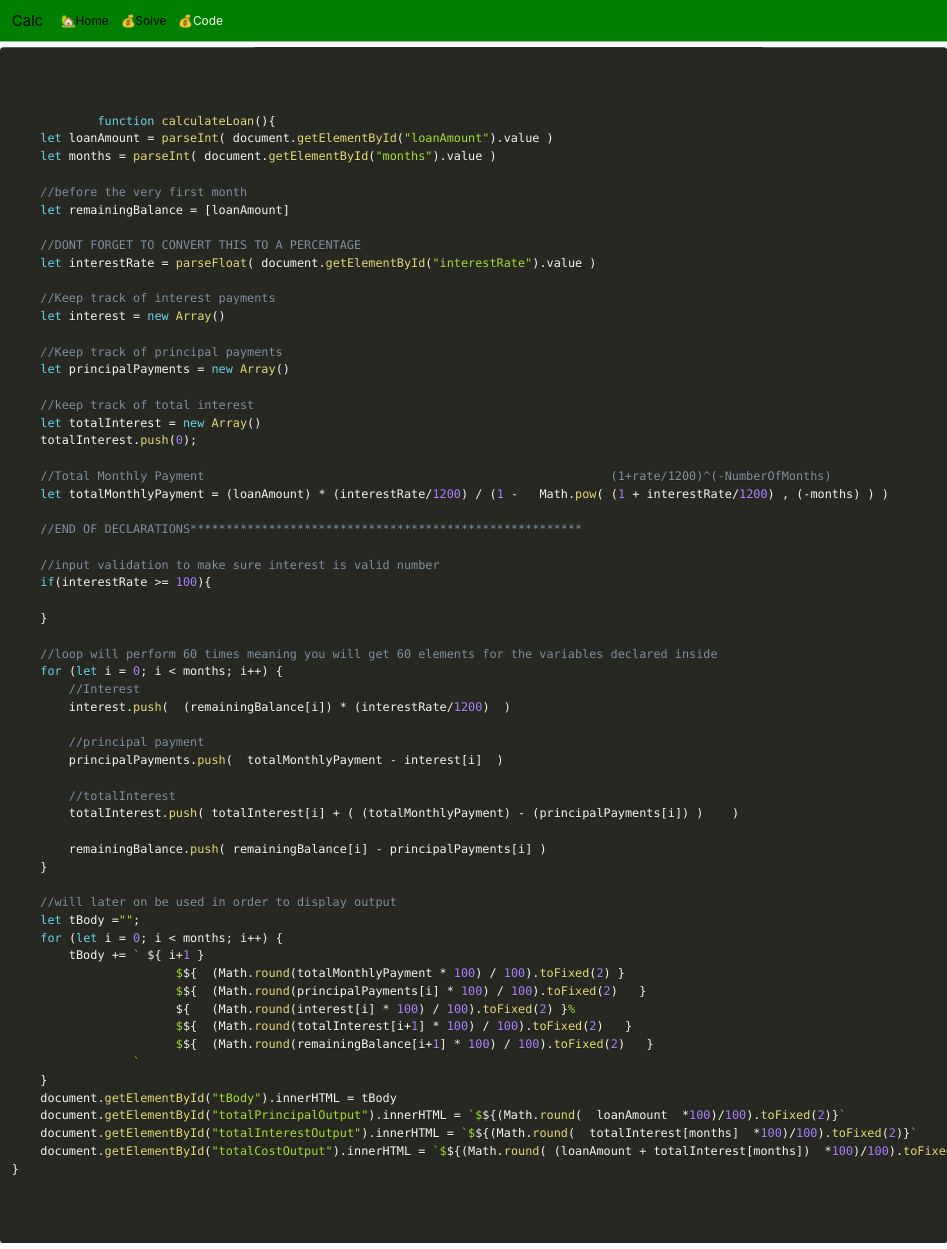
Repository: zhadjah9559/MortgageManager
Page: code.html
The author's editor kept a copy of each file at every save. The page is drawn from the files as they stood at one save, then again after the next save.
The browser window is 1280 px wide. The pictures show the whole page, at 74% of full size.

Above is the page before, as saved 2021-01-17 14:17:53.

### code.html
<!doctype html>
<html lang="en">
  <head>
    <title>Mortgage Loan Calculator</title>
    <!-- Required meta tags -->
    <meta charset="utf-8">
    <meta name="viewport" content="width=device-width, initial-scale=1, shrink-to-fit=no">

    <!-- Bootstrap CSS -->
    <link rel="stylesheet" href="https://stackpath.bootstrapcdn.com/bootstrap/4.3.1/css/bootstrap.min.css" integrity="sha384-ggOyR0iXCbMQv3Xipma34MD+dH/1fQ784/j6cY/iJTQUOhcWr7x9JvoRxT2MZw1T" crossorigin="anonymous">
    <link rel="stylesheet" href="css/custom.css">
    <link rel="stylesheet" href="css/prism.css">
  </head>
  <body>

    <nav class="navbar navbar-expand-sm navbar-dark" style="background-color: green;">
        <a class="navbar-brand" href="#">Calc</a>
        <button class="navbar-toggler d-lg-none" type="button" data-toggle="collapse" data-target="#collapsibleNavId" aria-controls="collapsibleNavId"
            aria-expanded="false" aria-label="Toggle navigation"></button>
        <div class="collapse navbar-collapse" id="collapsibleNavId">
            <ul class="navbar-nav mr-auto mt-2 mt-lg-0">
                <li class="nav-item ">
                    <a class="nav-link" href="index.html">🏡Home</a>
                </li>
                <li class="nav-item">
                    <a class="nav-link" href="solve.html">💰Solve</a>
                </li>
                <li class="nav-item active">
                    <a class="nav-link" href="code.html">💰Code <span class="sr-only">(current)</span></a>
                </li>
            </ul>
        </div>
    </nav>

    <pre class="">
        <code class="language-js">

            function calculateLoan(){
    let loanAmount = parseInt( document.getElementById("loanAmount").value )
    let months = parseInt( document.getElementById("months").value )

    //before the very first month
    let remainingBalance = [loanAmount]

    //DONT FORGET TO CONVERT THIS TO A PERCENTAGE
    let interestRate = parseFloat( document.getElementById("interestRate").value )

    //Keep track of interest payments
    let interest = new Array()

    //Keep track of principal payments
    let principalPayments = new Array()

    //keep track of total interest
    let totalInterest = new Array()
    totalInterest.push(0);

    //Total Monthly Payment                                                         (1+rate/1200)^(-NumberOfMonths)
    let totalMonthlyPayment = (loanAmount) * (interestRate/1200) / (1 -   Math.pow( (1 + interestRate/1200) , (-months) ) )

    //END OF DECLARATIONS*******************************************************

    //input validation to make sure interest is valid number
    if(interestRate >= 100){

    }

    //loop will perform 60 times meaning you will get 60 elements for the variables declared inside
    for (let i = 0; i < months; i++) {
        //Interest
        interest.push(  (remainingBalance[i]) * (interestRate/1200)  )

        //principal payment
        principalPayments.push(  totalMonthlyPayment - interest[i]  )

        //totalInterest
        totalInterest.push( totalInterest[i] + ( (totalMonthlyPayment) - (principalPayments[i]) )    )

        remainingBalance.push( remainingBalance[i] - principalPayments[i] )
    }

    //will later on be used in order to display output
    let tBody ="";
    for (let i = 0; i < months; i++) {
        tBody += `<tr> <td>${ i+1 }</td>
                       <td>$${  (Math.round(totalMonthlyPayment * 100) / 100).toFixed(2) }</td>
                       <td>$${  (Math.round(principalPayments[i] * 100) / 100).toFixed(2)   }</td>
                       <td>${   (Math.round(interest[i] * 100) / 100).toFixed(2) }%</td>
                       <td>$${  (Math.round(totalInterest[i+1] * 100) / 100).toFixed(2)   }</td>
                       <td>$${  (Math.round(remainingBalance[i+1] * 100) / 100).toFixed(2)   }</td>
                 </tr>`
    }
    document.getElementById("tBody").innerHTML = tBody
    document.getElementById("totalPrincipalOutput").innerHTML = `$${(Math.round(  loanAmount  *100)/100).toFixed(2)}`
    document.getElementById("totalInterestOutput").innerHTML = `$${(Math.round(  totalInterest[months]  *100)/100).toFixed(2)}`
    document.getElementById("totalCostOutput").innerHTML = `$${(Math.round( (loanAmount + totalInterest[months])  *100)/100).toFixed(2)}`
}

        </code>
    </pre>

    <!-- Optional JavaScript -->
    <!-- jQuery first, then Popper.js, then Bootstrap JS -->
    <script src="https://code.jquery.com/jquery-3.3.1.slim.min.js" integrity="sha384-q8i/X+965DzO0rT7abK41JStQIAqVgRVzpbzo5smXKp4YfRvH+8abtTE1Pi6jizo" crossorigin="anonymous"></script>
    <script src="https://cdnjs.cloudflare.com/ajax/libs/popper.js/1.14.7/umd/popper.min.js" integrity="sha384-UO2eT0CpHqdSJQ6hJty5KVphtPhzWj9WO1clHTMGa3JDZwrnQq4sF86dIHNDz0W1" crossorigin="anonymous"></script>
    <script src="https://stackpath.bootstrapcdn.com/bootstrap/4.3.1/js/bootstrap.min.js" integrity="sha384-JjSmVgyd0p3pXB1rRibZUAYoIIy6OrQ6VrjIEaFf/nJGzIxFDsf4x0xIM+B07jRM" crossorigin="anonymous"></script>
    <script src="js/custom.js"></script>
    <script src="js/prism.js"></script>
  </body>
</html>

### css/custom.css
.navbar-dark .navbar-nav .active>.nav-link{
    color:white;
}
.navbar-dark .navbar-nav .nav-link{
    color:black;
}
.navbar .navbar-brand{
    color:black;
}

.indexContainer {
    width:860px;
    height:540px;
    position:absolute;
    top:60%;
    left:50%;
    margin-top:-320px;
    margin-left:-480px;
}

### css/prism.css
/* PrismJS 1.23.0
https://prismjs.com/download.html#themes=prism-okaidia&languages=markup+css+clike+javascript&plugins=line-numbers */
/**
 * okaidia theme for JavaScript, CSS and HTML
 * Loosely based on Monokai textmate theme by http://www.monokai.nl/
 * @author ocodia
 */

code[class*="language-"],
pre[class*="language-"] {
	color: #f8f8f2;
	background: none;
	text-shadow: 0 1px rgba(0, 0, 0, 0.3);
	font-family: Consolas, Monaco, 'Andale Mono', 'Ubuntu Mono', monospace;
	font-size: 1em;
	text-align: left;
	white-space: pre;
	word-spacing: normal;
	word-break: normal;
	word-wrap: normal;
	line-height: 1.5;

	-moz-tab-size: 4;
	-o-tab-size: 4;
	tab-size: 4;

	-webkit-hyphens: none;
	-moz-hyphens: none;
	-ms-hyphens: none;
	hyphens: none;
}

/* Code blocks */
pre[class*="language-"] {
	padding: 1em;
	margin: .5em 0;
	overflow: auto;
	border-radius: 0.3em;
}

:not(pre) > code[class*="language-"],
pre[class*="language-"] {
	background: #272822;
}

/* Inline code */
:not(pre) > code[class*="language-"] {
	padding: .1em;
	border-radius: .3em;
	white-space: normal;
}

.token.comment,
.token.prolog,
.token.doctype,
.token.cdata {
	color: #8292a2;
}

.token.punctuation {
	color: #f8f8f2;
}

.token.namespace {
	opacity: .7;
}

.token.property,
.token.tag,
.token.constant,
.token.symbol,
.token.deleted {
	color: #f92672;
}

.token.boolean,
.token.number {
	color: #ae81ff;
}

.token.selector,
.token.attr-name,
.token.string,
.token.char,
.token.builtin,
.token.inserted {
	color: #a6e22e;
}

.token.operator,
.token.entity,
.token.url,
.language-css .token.string,
.style .token.string,
.token.variable {
	color: #f8f8f2;
}

.token.atrule,
.token.attr-value,
.token.function,
.token.class-name {
	color: #e6db74;
}

.token.keyword {
	color: #66d9ef;
}

.token.regex,
.token.important {
	color: #fd971f;
}

.token.important,
.token.bold {
	font-weight: bold;
}
.token.italic {
	font-style: italic;
}

.token.entity {
	cursor: help;
}

pre[class*="language-"].line-numbers {
	position: relative;
	padding-left: 3.8em;
	counter-reset: linenumber;
}

pre[class*="language-"].line-numbers > code {
	position: relative;
	white-space: inherit;
}

.line-numbers .line-numbers-rows {
	position: absolute;
	pointer-events: none;
	top: 0;
	font-size: 100%;
	left: -3.8em;
	width: 3em; /* works for line-numbers below 1000 lines */
	letter-spacing: -1px;
	border-right: 1px solid #999;

	-webkit-user-select: none;
	-moz-user-select: none;
	-ms-user-select: none;
	user-select: none;

}

	.line-numbers-rows > span {
		display: block;
		counter-increment: linenumber;
	}

		.line-numbers-rows > span:before {
			content: counter(linenumber);
			color: #999;
			display: block;
			padding-right: 0.8em;
			text-align: right;
		}

### js/custom.js
function calculateLoan(){
    let loanAmount = parseInt( document.getElementById("loanAmount").value )
    let months = parseInt( document.getElementById("months").value )

    //before the very first month
    let remainingBalance = [loanAmount]

    //DONT FORGET TO CONVERT THIS TO A PERCENTAGE
    let interestRate = parseFloat( document.getElementById("interestRate").value )

    //Keep track of interest payments
    let interest = new Array()

    //Keep track of principal payments
    let principalPayments = new Array()

    //keep track of total interest
    let totalInterest = new Array()
    totalInterest.push(0);

    //Total Monthly Payment                                                         (1+rate/1200)^(-NumberOfMonths)
    let totalMonthlyPayment = (loanAmount) * (interestRate/1200) / (1 -   Math.pow( (1 + interestRate/1200) , (-months) ) )

    //END OF DECLARATIONS*******************************************************

    //input validation to make sure interest is valid number
    if(interestRate >= 100){

    }

    //loop will perform 60 times meaning you will get 60 elements for the variables declared inside
    for (let i = 0; i < months; i++) {
        //Interest
        interest.push(  (remainingBalance[i]) * (interestRate/1200)  )

        //principal payment
        principalPayments.push(  totalMonthlyPayment - interest[i]  )

        //totalInterest
        totalInterest.push( totalInterest[i] + ( (totalMonthlyPayment) - (principalPayments[i]) )    )

        remainingBalance.push( remainingBalance[i] - principalPayments[i] )
    }

    //will later on be used in order to display output
    let tBody ="";
    for (let i = 0; i < months; i++) {
        tBody += `<tr> <td>${ i+1 }</td>
                       <td>$${  (Math.round(totalMonthlyPayment * 100) / 100).toFixed(2) }</td>
                       <td>$${  (Math.round(principalPayments[i] * 100) / 100).toFixed(2)   }</td>
                       <td>${   (Math.round(interest[i] * 100) / 100).toFixed(2) }%</td>
                       <td>$${  (Math.round(totalInterest[i+1] * 100) / 100).toFixed(2)   }</td>
                       <td>$${  (Math.round(remainingBalance[i+1] * 100) / 100).toFixed(2)   }</td>
                 </tr>`
    }
    document.getElementById("tBody").innerHTML = tBody
    document.getElementById("totalPrincipalOutput").innerHTML = `$${(Math.round(  loanAmount  *100)/100).toFixed(2)}`
    document.getElementById("totalInterestOutput").innerHTML = `$${(Math.round(  totalInterest[months]  *100)/100).toFixed(2)}`
    document.getElementById("totalCostOutput").innerHTML = `$${(Math.round( (loanAmount + totalInterest[months])  *100)/100).toFixed(2)}`
}

Loaded but not shown: js/prism.js (library)

After the next save:
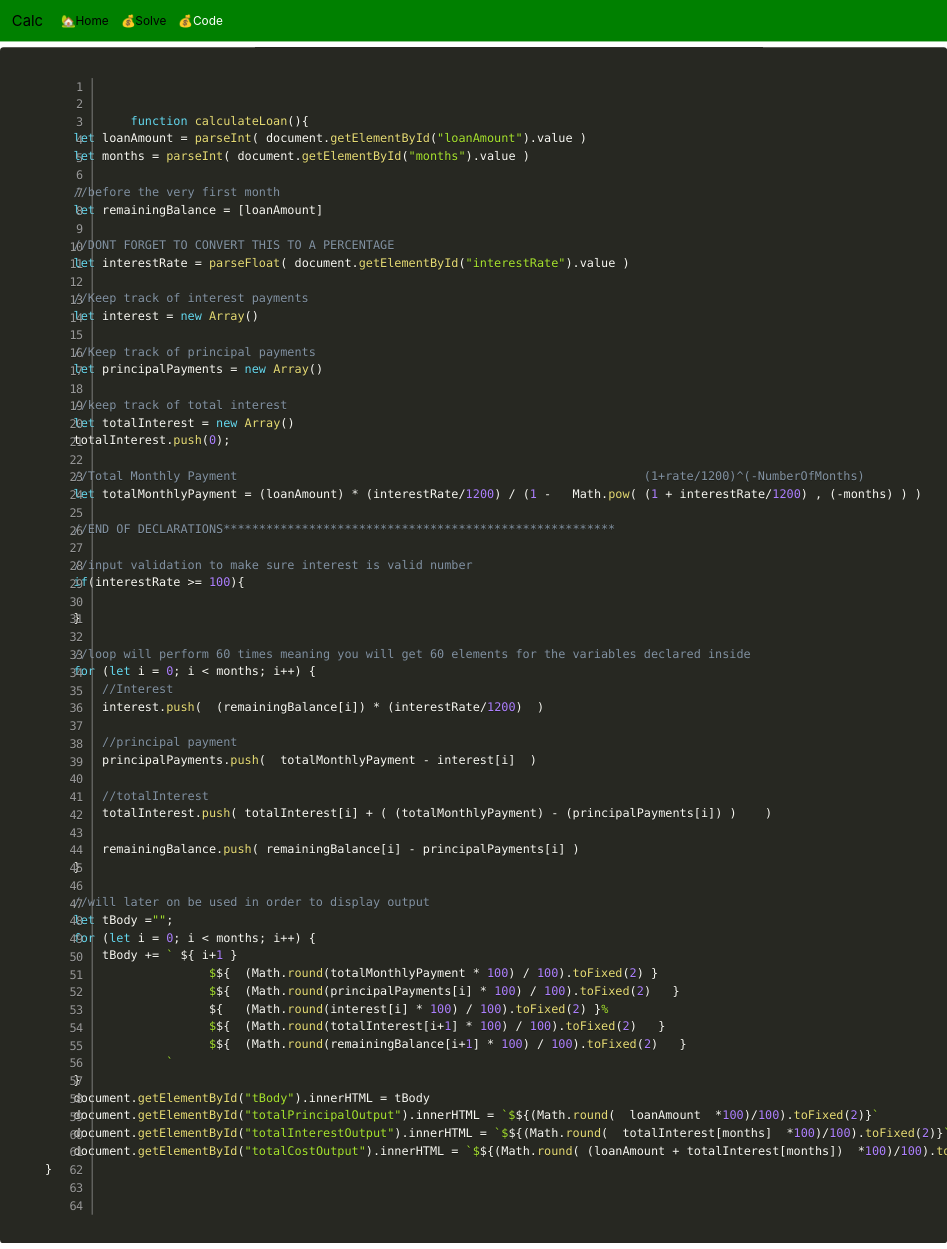
Saved 5 s later.
--- a/code.html
+++ b/code.html
@@ -32,7 +32,7 @@
         </div>
     </nav>
 
-    <pre class="">
+    <pre class="line-numbers">
         <code class="language-js">
 
             function calculateLoan(){
